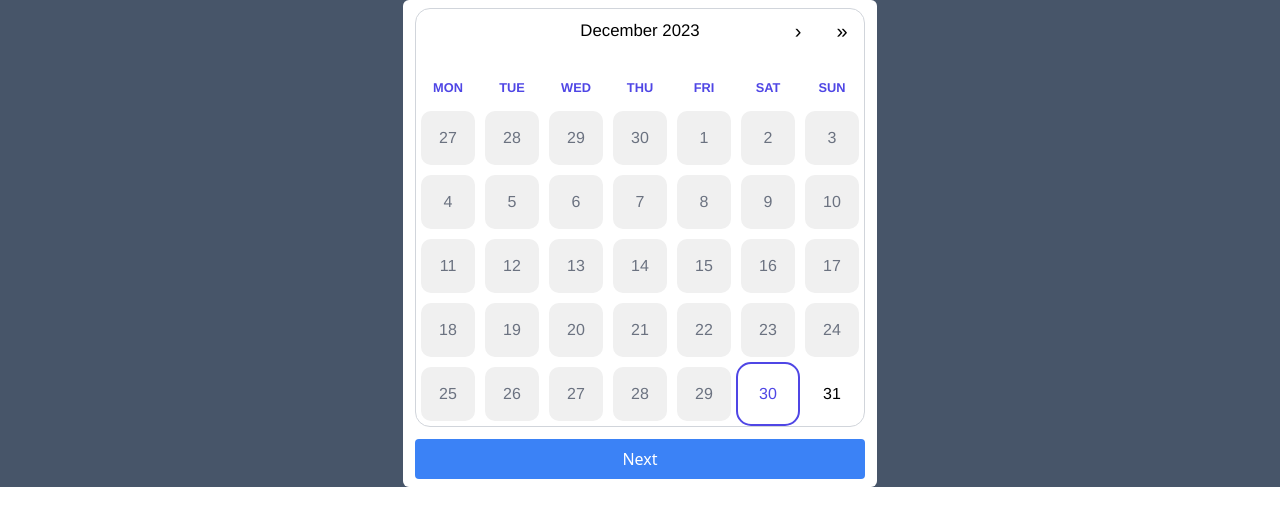
Repository: ImedBousakhria/appointment_system_prototype
Page: /, after clicking the first element matching `h2`
An editor plug-in stored every save of this project. The page is shown before and after a run of saves, followed by the edit.
The browser window is 1280 px wide. The pictures show the whole page.
The project was rebuilt for these pictures with package versions that can differ from the ones it lists, and the page was loaded fresh each time. Also part of the build but not shown: vite.config.js.

Above is the page before, as saved 2024-01-03 23:44:24.

After the next 3 saves:
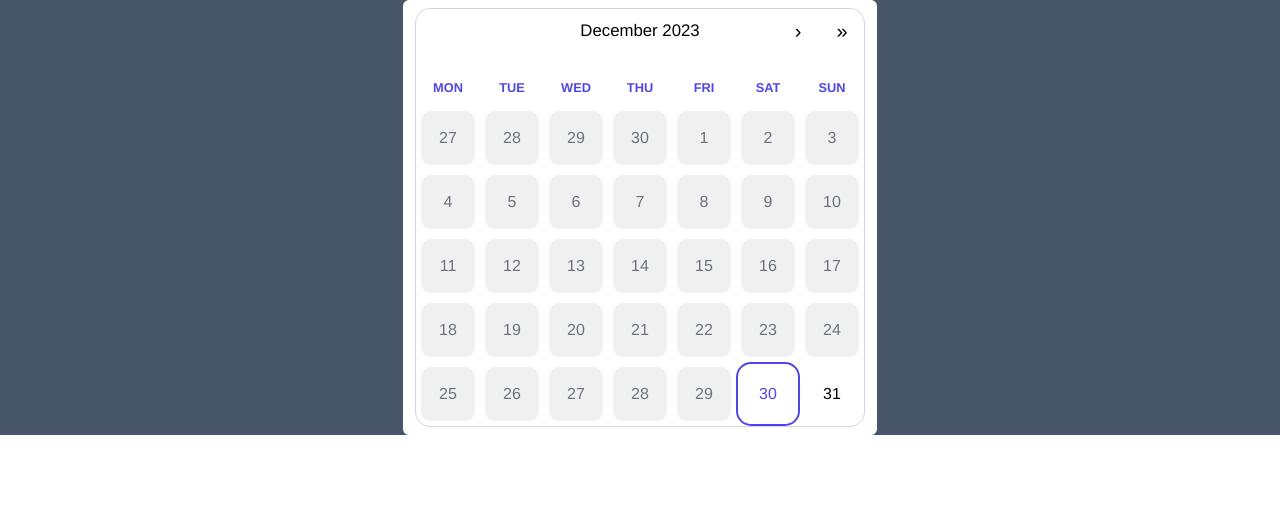
The 3 saves are shown as one change because they came seconds apart.
The last was saved 21 s later.
--- a/src/Calendar.jsx
+++ b/src/Calendar.jsx
@@ -72,7 +72,7 @@ const TimeSelection = ({ allTimes, activeTime, onClick, onBack }) => (
   </motion.div>
 );
 
-const DateSelection = ({ onSelectDate, onSelectTime, onNext }) => (
+const DateSelection = ({ onSelectDate, onSelectTime }) => (
   <motion.div
     initial={{ opacity: 0, x: -20 }}
     animate={{
@@ -88,9 +88,6 @@ const DateSelection = ({ onSelectDate, onSelectTime, onNext }) => (
       view="month"
       onClickDay={onSelectDate}
     />
-    <button onClick={onNext} className="mt-3 bg-blue-500 text-white p-2 rounded">
-      Next
-    </button>
   </motion.div>
 );
 
@@ -102,7 +99,6 @@ export const Calendar = () => {
 
   const [activeTime, setActiveTime] = useState(null);
   const [showCalendar, setShowCalendar] = useState(false);
-  const [showTimeSelection, setShowTimeSelection] = useState(false);
 
   const getTimes = (openingTime, closingTime) => {
     if (!date.justDate) return [];
@@ -130,19 +126,18 @@ export const Calendar = () => {
   };
 
   const handleTimeSelectionBackClick = () => {
-    // Reset date and active time when going back from time selection
+    // Reset date, active time, and hide the calendar when going back from time selection
     setDate((prevDate) => ({ ...prevDate, justDate: undefined }));
     setActiveTime(null);
-    setShowTimeSelection(false);
-  };
-
-  const handleNextButtonClick = () => {
-    setShowTimeSelection(true);
+    /* setShowCalendar(false); */
   };
 
   const [allTimes, setAllTimes] = useState([]);
 
   useEffect(() => {
+    /* getTimes(OPENING_TIME_MORNING, CLOSING_TIME_MORNING).concat(
+      getTimes(OPENING_TIME_AFTERNOON, CLOSING_TIME_AFTERNOON)
+    ); */
     // Update allTimes when date.justDate changes
     const morningTimes = getTimes(OPENING_TIME_MORNING, CLOSING_TIME_MORNING);
     const afternoonTimes = getTimes(
@@ -153,20 +148,15 @@ export const Calendar = () => {
   }, [date.justDate]);
 
   return (
-    <div className="bg-slate-600 flex w-screen gap-6 justify-center">
+    <div className=" bg-slate-600 flex w-screen gap-6 justify-center">
       <div className="">
-        {!showCalendar && !showTimeSelection && (
+        {!showCalendar && (
           <h2 onClick={() => setShowCalendar(true)}>Select a Date</h2>
         )}
 
-        {showCalendar && !showTimeSelection && (
-          <DateSelection
-            onSelectDate={handleDateClick}
-            onNext={handleNextButtonClick}
-          />
-        )}
+        {showCalendar && <DateSelection onSelectDate={handleDateClick} />}
       </div>
-      {date.justDate && showTimeSelection && (
+      {date.justDate && (
         <div className="">
           <TimeSelection
             allTimes={allTimes}
@@ -181,7 +171,6 @@ export const Calendar = () => {
 };
 
 export default Calendar;
-
 
 /* import React, { useState } from "react";
 import { motion, useAnimation } from "framer-motion";
